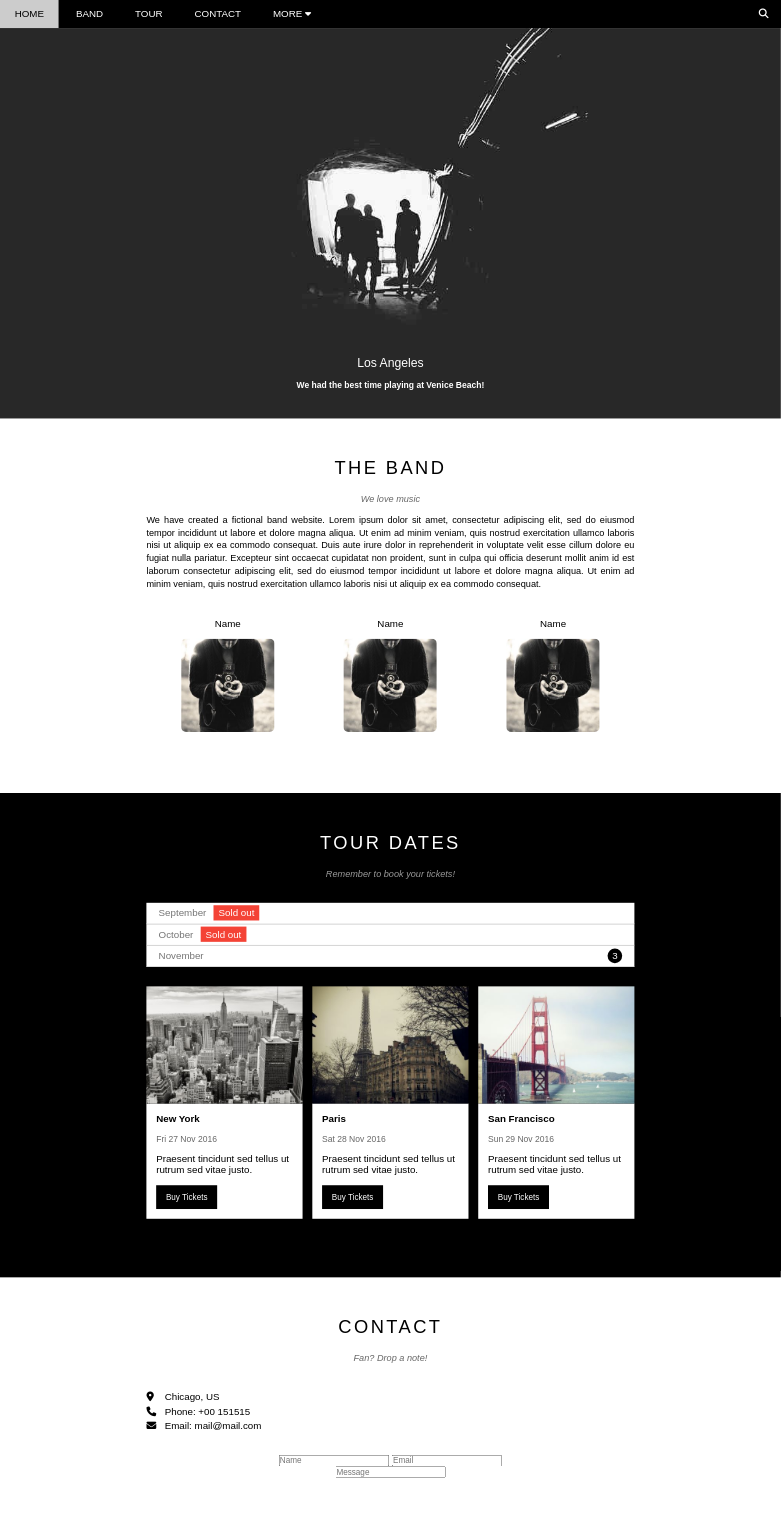
Repository: TranPhucThinh/clone-the-band
Page: index.html
The author's editor kept a copy of each file at every save. The page is drawn from the files as they stood at one save, then again after the next save.
The browser window is 1280 px wide. The pictures show the whole page, at 61% of full size.
Some web libraries are served in a nearby version.

Above is the page before, as saved 2022-08-04 15:02:23.

### index.html
<!DOCTYPE html>
<html lang="en">

<head>
    <meta charset="UTF-8">
    <meta http-equiv="X-UA-Compatible" content="IE=edge">
    <meta name="viewport" content="width=device-width, initial-scale=1.0">

    <title>The Band</title>

    <link rel="stylesheet" href="./assets/style.css">
    <link rel="stylesheet" href="https://cdnjs.cloudflare.com/ajax/libs/font-awesome/6.1.2/css/all.min.css">
</head>

<body>
    <div id="main">

        <div id="header">
            <ul id="nav">
                <li><a href="">Home</a></li>
                <li><a href="">Band</a></li>
                <li><a href="">Tour</a></li>
                <li><a href="">Contact</a></li>
                <li>
                    <a href="">
                        More
                        <i class="fa-solid fa-caret-down"></i>
                    </a>

                    <ul class="subnav">
                        <li><a href="">Merchandise</a></li>
                        <li><a href="">Extras</a></li>
                        <li><a href="">Media</a></li>
                    </ul>
                </li>
            </ul>

            <div class="search-btn">
                <i class="fa-solid fa-magnifying-glass"></i>
            </div>
        </div>

        <div id="slider">
            <div class="text-slider">
                <div class="slider-heading">Los Angeles</div>
                <div class="slider-title">We had the best time playing at Venice Beach!</div>
            </div>
        </div>

        <div id="content">
            <!-- Section About -->
            <div class="section-about">
                <div class="section-content">
                    <p class="title">The band</p>
                    <i class="subtitle">We love music</i>

                    <p class="desc">
                        We have created a fictional band website. Lorem ipsum dolor sit amet, consectetur adipiscing
                        elit,
                        sed
                        do eiusmod tempor incididunt ut labore et dolore magna aliqua. Ut enim ad minim veniam, quis
                        nostrud
                        exercitation ullamco laboris nisi ut aliquip ex ea commodo consequat. Duis aute irure dolor in
                        reprehenderit in voluptate velit esse cillum dolore eu fugiat nulla pariatur. Excepteur sint
                        occaecat
                        cupidatat non proident, sunt in culpa qui officia deserunt mollit anim id est laborum
                        consectetur
                        adipiscing elit, sed do eiusmod tempor incididunt ut labore et dolore magna aliqua. Ut enim ad
                        minim
                        veniam, quis nostrud exercitation ullamco laboris nisi ut aliquip ex ea commodo consequat.
                    </p>
                    <div class="member">
                        <div class="member-1">
                            <p>Name</p>
                            <img src="./assets/imgs/bandmember.jpg" alt="">
                        </div>
                        <div class="member-2">
                            <p>Name</p>
                            <img src="./assets/imgs/bandmember.jpg" alt="">
                        </div>
                        <div class="member-3">
                            <p>Name</p>
                            <img src="./assets/imgs/bandmember.jpg" alt="">
                        </div>
                    </div>
                </div>
            </div>
            <!-- End of Section About -->

            <!-- Section Tour Dates -->
            <div class="tour-date">
                <div class="section-content">
                    <p class="title">Tour dates</p>
                    <i class="subtitle">Remember to book your tickets!</i>

                    <ul class="ticket-state">
                        <li>September<span class="sold-out">Sold out</span></li>
                        <li>October<span class="sold-out">Sold out</span></li>
                        <li>November<span class="quantity">3</span></li>
                    </ul>

                    <div class="places-list">
                        <div class="place-item">
                            <img src="./assets/imgs/newyork.jpg" alt="" class="place-img">
                            <div class="place-content">
                                <p class="place">New York</p>
                                <p class="time">Fri 27 Nov 2016</p>
                                <p class="place-desc">Praesent tincidunt sed tellus ut rutrum sed vitae justo.</p>
                                <button class="buy-ticket-btn">Buy Tickets</button>
                            </div>
                        </div>
                        <div class="place-item">
                            <img src="./assets/imgs/paris.jpg" alt="" class="place-img">
                            <div class="place-content">

                                <p class="place">Paris</p>
                                <p class="time">Sat 28 Nov 2016</p>
                                <p class="place-desc">Praesent tincidunt sed tellus ut rutrum sed vitae justo.</p>
                                <button class="buy-ticket-btn">Buy Tickets</button>
                            </div>
                        </div>
                        <div class="place-item">
                            <img src="./assets/imgs/sanfran.jpg" alt="" class="place-img">
                            <div class="place-content">
                                <p class="place">San Francisco</p>
                                <p class="time">Sun 29 Nov 2016</p>
                                <p class="place-desc">Praesent tincidunt sed tellus ut rutrum sed vitae justo.</p>
                                <button class="buy-ticket-btn">Buy Tickets</button>
                            </div>
                        </div>
                    </div>
                </div>
            </div>
            <!-- End of Section Tour Dates -->

            <!-- Section Contact -->
            <div class="section-contact">
                <div class="section-content">
                    <p class="title">Contact</p>
                    <i class="subtitle">Fan? Drop a note!</i>

                    <div class="contact-content">
                        <div class="contact-by">
                            <div class="address"><i class="fa-solid fa-location-dot icon-contact"></i>Chicago, US</div>
                            <div class="phone"><i class="fa-solid fa-phone icon-contact"></i>Phone: +00 151515</div>
                            <div class="email"><i class="fa-solid fa-envelope icon-contact"></i>Email: mail@mail.com
                            </div>
                        </div>

                        <div class="send-msg">
                            <form action="">
                                <div class="info-user">
                                    <input type="text" class="field-name" placeholder="Name">
                                    <input type="text" class="field-email" placeholder="Email">
                                </div>
                                <input type="text" class="field-msg" placeholder="Message">
                            </form>
                        </div>
                    </div>
                </div>
            </div>
            <!-- End of Section Contact -->
        </div>

        <div id="footer">

        </div>
    </div>

</body>

</html>

### assets/style.css
* {
  padding: 0;
  margin: 0;
  box-sizing: border-box;
}

html {
  font-family: Arial, Helvetica, sans-serif;
}

/* Header Section */
#header {
  height: 46px;
  background-color: #000;
  position: fixed;
  top: 0;
  right: 0;
  left: 0;
  z-index: 1;
}

#nav {
  display: inline-block;
}

#nav > li {
  display: inline-block;
}

#nav li {
  position: relative;
}

#nav > li > a {
  color: #fff;
  text-transform: uppercase;
}

#nav li a {
  line-height: 46px;
  padding: 0 24px;
  display: inline-block;
  text-decoration: none;
}

#nav > li:hover > a,
.subnav li:hover a {
  color: #000;
  background-color: #ccc;
}

#nav .subnav {
  display: none;
  position: absolute;
  background-color: #fff;
  box-shadow: 0 4px 10px 0 rgb(0 0 0 / 20%), 0 4px 20px 0 rgb(0 0 0 / 19%);
}

#nav li:last-child:hover .subnav {
  display: block;
}

#nav li:last-child:hover .fa-caret-down {
  color: #000;
}

#nav .subnav li {
  list-style-type: none;
}

#nav .subnav a {
  color: #000;
  display: block;
  line-height: 40px;
  padding: 0 32px;
}

#header .fa-solid {
  color: #fff;
}

.search-btn {
  float: right;
  line-height: 46px;
  padding: 0 20px;
}

.search-btn:hover {
  background-color: red;
  cursor: pointer;
}
/* End of Header Section */

/* Slider Section */
#slider {
  background-color: #fff;
  margin-top: 46px;
  padding-top: 50%;
  background: url('/assets/imgs/la.jpg') top center / cover no-repeat;
  position: relative;
}

#slider .text-slider {
  color: #fff;
  text-align: center;
  position: absolute;
  bottom: 47px;
  left: 50%;
  transform: translate(-50%);
}

#slider .slider-heading {
  font-size: 20px;
  margin-bottom: 16px;
}

#slider .slider-title {
  font-size: 14px;
  font-weight: 700;
}
/* End of Slider Section */

/* About Section */
.section-content {
  max-width: 800px;
  margin: 0 auto;
  text-align: center;
  padding: 64px 0;
}

.section-content .title {
  font-size: 30px;
  text-transform: uppercase;
  letter-spacing: 4px;
  margin-bottom: 25px;
}

.section-content .subtitle {
  opacity: 0.6;
  font-size: 15px;
  margin-bottom: 15px;
  display: inline-block;
}

#content .desc {
  text-align: justify;
  font-size: 15px;
  line-height: 1.4;
  margin-bottom: 47px;
}

#content .member {
  display: flex;
  justify-content: space-around;
  margin-bottom: 32px;
}

.member p {
  margin-bottom: 15px;
}

.member img {
  width: 60%;
  border-radius: 8px;
}
/* End of About Section */

/* Tour date Section */
.tour-date {
  background-color: #000;
  color: #fff;
}

.ticket-state {
  text-align: start;
  list-style-type: none;
  margin-top: 25px;
}

.ticket-state li {
  padding: 8px 20px;
  background-color: #fff;
  color: #757575;
  border-bottom: 1px solid #ddd;
}

.ticket-state .sold-out {
  background-color: #f44336;
  color: #fff;
  padding: 4px 8px;
  margin-left: 12px;
}

.ticket-state .quantity {
  float: right;
  color: #fff;
  background-color: #000;
  width: 24px;
  height: 24px;
  text-align: center;
  line-height: 24px;
  border-radius: 50%;
  margin-top: -3px;
}

.places-list {
  padding: 32px 0;
  display: flex;
  margin: 0 -8px;
}

.place-item {
  width: 33.33%;
  padding: 0 8px;
}

.place-item img {
  width: 100%;
  display: block;
}

.place-content {
  background-color: #fff;
  color: #000;
  text-align: start;
  padding: 16px;
}

.place-content .place {
  margin-bottom: 16px;
  font-weight: 700;
}

.place-content .time {
  opacity: 0.6;
  font-size: 14px;
  margin-bottom: 16px;
}

.place-content .place-desc {
  margin-bottom: 16px;
}

.place-content .buy-ticket-btn {
  border: none;
  color: #fff;
  background-color: #000;
  padding: 12px 16px;
}

.place-content .buy-ticket-btn:hover {
  color: #000;
  background-color: #ccc;
  cursor: pointer;
}
/* End of Tour date Section */

/* Contact Section */

.contact-by {
  text-align: start;
  padding: 32px 0;
}

.contact-by .icon-contact {
  width: 30px;
  margin-bottom: 8px;
}

/* End of Contact Section */

After the next save:
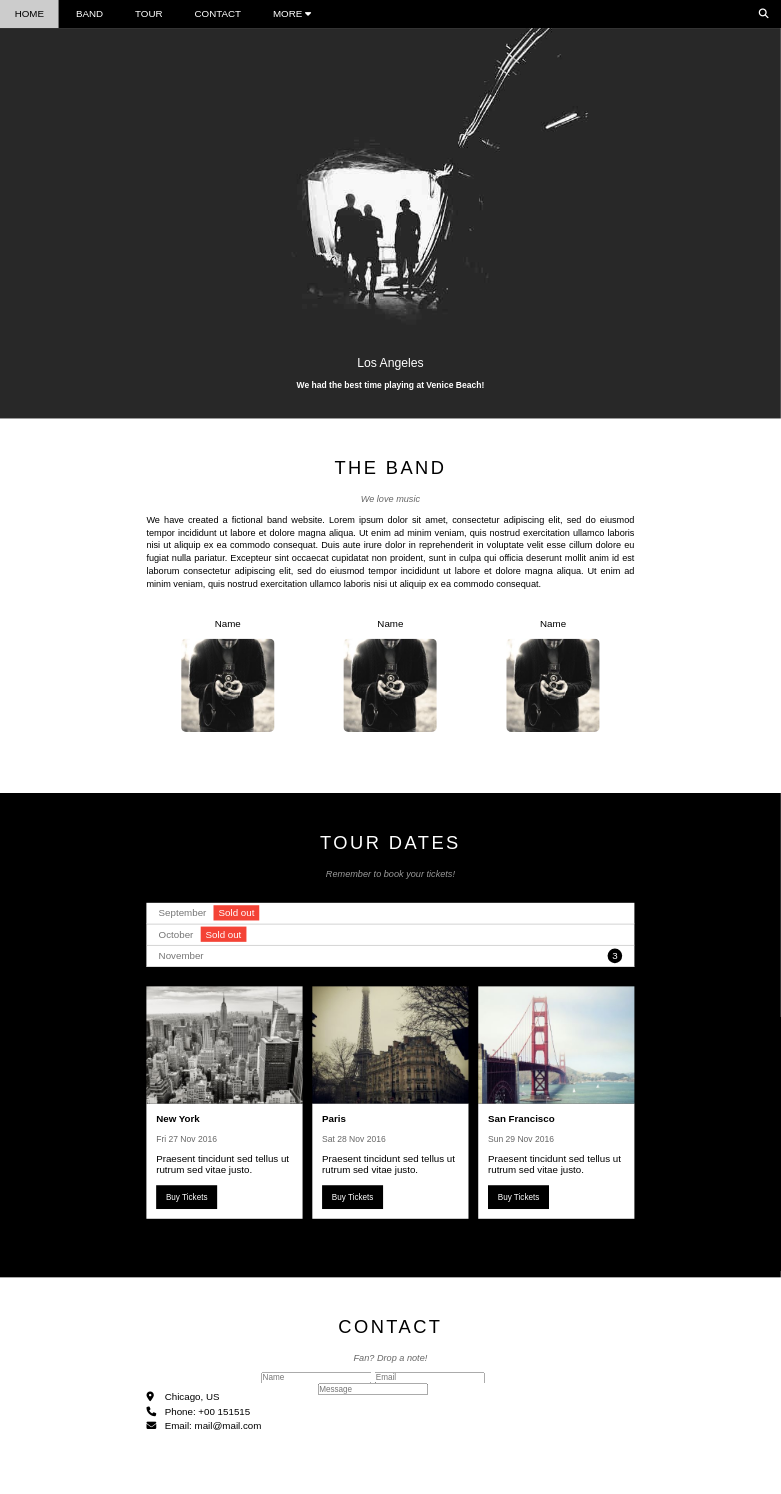
Saved 7 s later.
--- a/assets/style.css
+++ b/assets/style.css
@@ -256,6 +256,9 @@ html {
 /* End of Tour date Section */
 
 /* Contact Section */
+.contact-content {
+  display: flex;
+}
 
 .contact-by {
   text-align: start;
